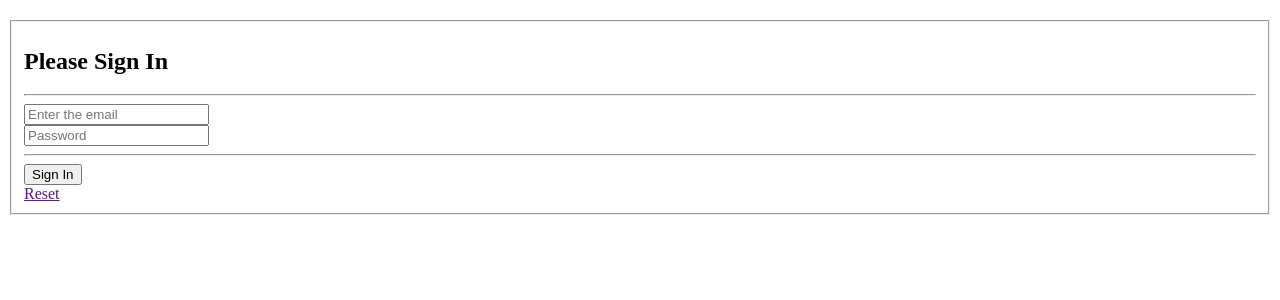
Repository: Abinayasivapraba/ChatProject
Page: FireChat/WebContent/User/Login.html
These files come from the project's save history. The page is drawn as it stood at one moment and after the next save; the edit follows.
The browser window is 1280 px wide. The pictures show the whole page.

Above is the page before, as saved 2017-08-13 07:49:24.

### FireChat/WebContent/User/Login.html
<!DOCTYPE html>
<html>
<head>
<meta charset="ISO-8859-1">
<title>ChatApp</title>
</head>
<body>

  <div class="container">

<div class="row" style="margin-top:20px">
    <div class="col-xs-12 col-sm-8 col-md-6 col-sm-offset-2 col-md-offset-3">
		<form role="form">
			<fieldset>
				<h2>Please Sign In</h2>
				<hr class="colorgraph">
				<div class="form-group">
                    <input type="text" name="email" id="email"  required="required" class="form-control input-lg" ng-model="email" placeholder="Enter the email">
				</div>
				<div class="form-group">
                    <input type="password" name="password" id="password"  required="required" class="form-control input-lg" ng-model="password" placeholder="Password">
				</div>


				<hr class="colorgraph">
				<div class="row">
					<div class="col-xs-6 col-sm-6 col-md-6">
                        <input type="submit" class="btn btn-lg btn-success btn-block" value="Sign In">
					</div>
					<div class="col-xs-6 col-sm-6 col-md-6">
						<a href="" class="btn btn-lg btn-primary btn-block">Reset</a>
					</div>
				</div>
			</fieldset>
		</form>
	</div>
</div>

</div>


</body>
</html>

After the next save:
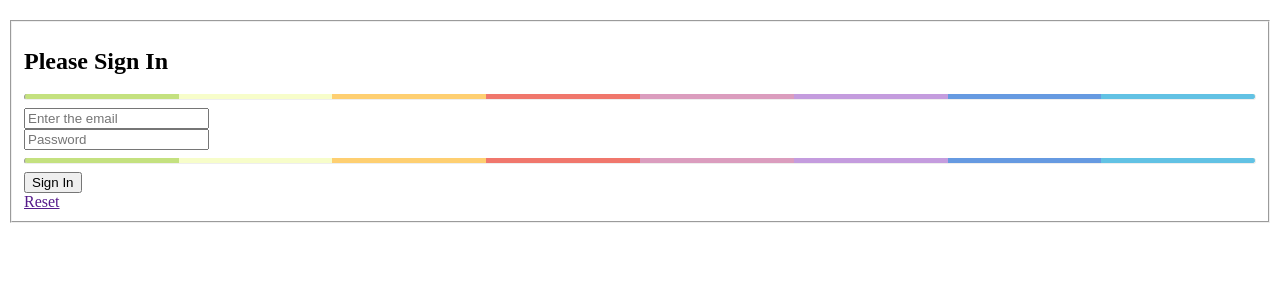
Saved 51 s later.
--- a/FireChat/WebContent/User/Login.html
+++ b/FireChat/WebContent/User/Login.html
@@ -3,6 +3,21 @@
 <head>
 <meta charset="ISO-8859-1">
 <title>ChatApp</title>
+<style>
+.colorgraph {
+  height: 5px;
+  border-top: 0;
+  background: #c4e17f;
+  border-radius: 5px;
+  background-image: -webkit-linear-gradient(left, #c4e17f, #c4e17f 12.5%, #f7fdca 12.5%, #f7fdca 25%, #fecf71 25%, #fecf71 37.5%, #f0776c 37.5%, #f0776c 50%, #db9dbe 50%, #db9dbe 62.5%, #c49cde 62.5%, #c49cde 75%, #669ae1 75%, #669ae1 87.5%, #62c2e4 87.5%, #62c2e4);
+  background-image: -moz-linear-gradient(left, #c4e17f, #c4e17f 12.5%, #f7fdca 12.5%, #f7fdca 25%, #fecf71 25%, #fecf71 37.5%, #f0776c 37.5%, #f0776c 50%, #db9dbe 50%, #db9dbe 62.5%, #c49cde 62.5%, #c49cde 75%, #669ae1 75%, #669ae1 87.5%, #62c2e4 87.5%, #62c2e4);
+  background-image: -o-linear-gradient(left, #c4e17f, #c4e17f 12.5%, #f7fdca 12.5%, #f7fdca 25%, #fecf71 25%, #fecf71 37.5%, #f0776c 37.5%, #f0776c 50%, #db9dbe 50%, #db9dbe 62.5%, #c49cde 62.5%, #c49cde 75%, #669ae1 75%, #669ae1 87.5%, #62c2e4 87.5%, #62c2e4);
+  background-image: linear-gradient(to right, #c4e17f, #c4e17f 12.5%, #f7fdca 12.5%, #f7fdca 25%, #fecf71 25%, #fecf71 37.5%, #f0776c 37.5%, #f0776c 50%, #db9dbe 50%, #db9dbe 62.5%, #c49cde 62.5%, #c49cde 75%, #669ae1 75%, #669ae1 87.5%, #62c2e4 87.5%, #62c2e4);
+}
+
+</style>
+
+
 </head>
 <body>
 
